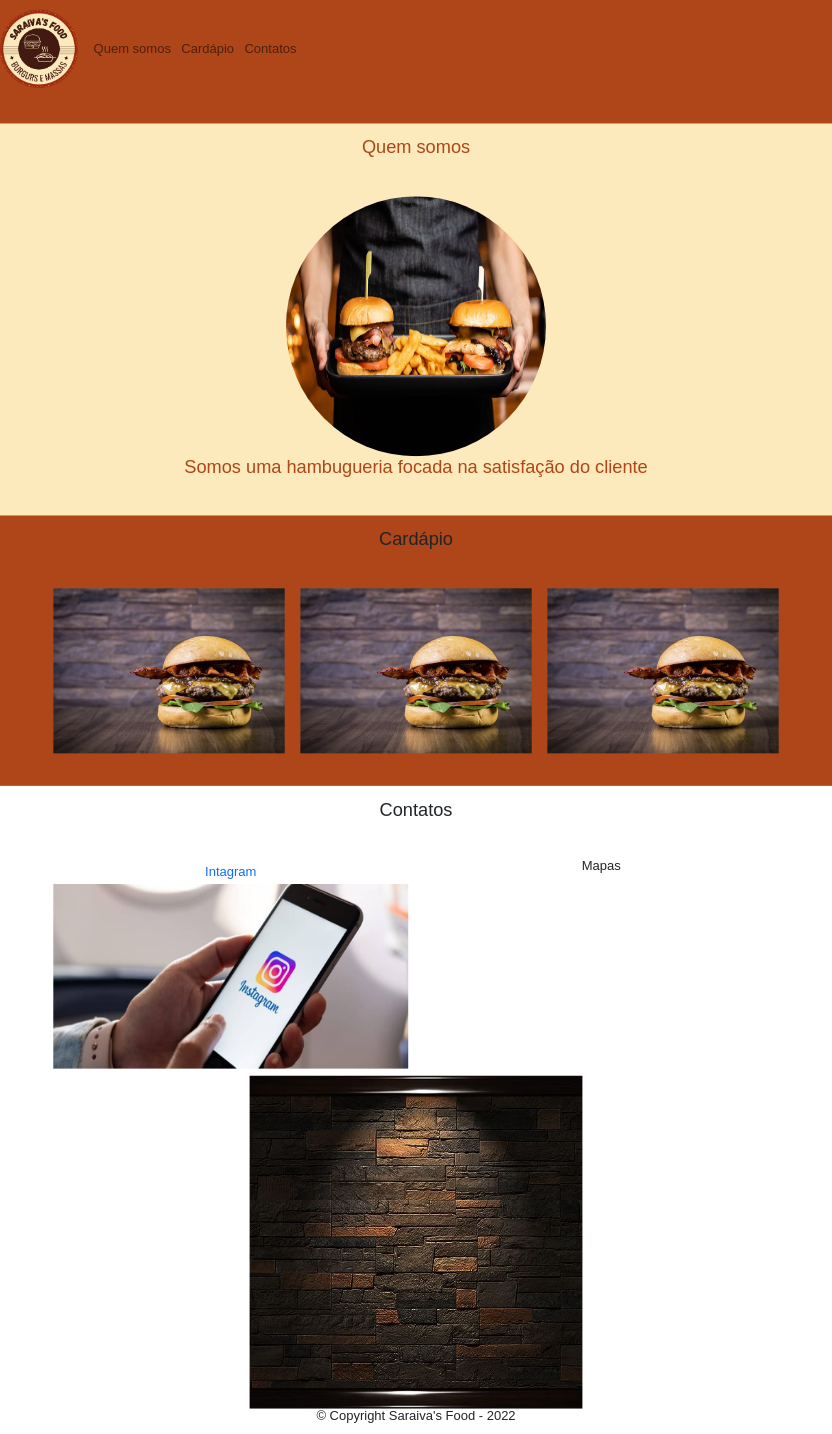
Repository: Tuanemendes/curso_bootstrap
Page: projeto1/index.html
These files come from the project's save history. The page is drawn as it stood at one moment and after the next save; the edit follows.
The browser window is 1280 px wide. The pictures show the whole page, at 65% of full size.
Pictures or frames that could not be fetched are drawn as grey boxes.

Above is the page before, as saved 2022-04-04 17:53:11.

### projeto1/index.html
<!DOCTYPE html>
<html lang="pt-br">

<head>
    <title>Saraiva's</title>
    <meta charset="utf-8">
     <link href="https://cdn.jsdelivr.net/npm/bootstrap@5.1.3/dist/css/bootstrap.min.css" rel="stylesheet" integrity="sha384-1BmE4kWBq78iYhFldvKuhfTAU6auU8tT94WrHftjDbrCEXSU1oBoqyl2QvZ6jIW3" crossorigin="anonymous">
        <link rel=" stylesheet" type="text/css" href="/css/style.css">
</head>

<body>
    <nav class="navbar navbar-expand-lg navbar-light margin">
        <a class="navbar-brand" href="#">
            <img src="/img/saraivasfood.png" alt="logo" width="120" height="120">
        </a>
        <div class="collapse navbar-collapse">
            <ul class="navbar-nav">
                <li class="nav-item">
                    <a class="nav-link " href="#"> Quem somos </a>
                </li>
                <li class="nav-item">
                    <a class="nav-link " href="#"> Cardápio </a>
                </li>
                <li class="nav-item">
                    <a class="nav-link " href="#"> Contatos </a>
                </li>
            </ul>
        </div>
    </nav>

    <section id="quemsomos">
        <div class="container-fluid quem-somos text-center margin">
            <h3 class="margin">Quem somos</h3>
            <img src="/img/FICHA-TECNICA-PARA-HAMBURGUERIA-DICA.jpg" class="rounded-circle" alt="burgueria" width="400" height="400">
            <h3>Somos uma hambugueria  focada na satisfação do cliente</h3>
        </div>
    </section>
    <section id="cardapio">
        <div class="container-fluid text-center margin cardapio">
           <h3 class="margin">Cardápio</h3>
            <div class="container">
                <div class="row">
                    <div class="col-lg-4">
                         <img src="/img/como-montar-uma-hamburgueria.jpg" alt="" width="100%" >

                    </div>
                    <div class="col-lg-4">
                        <img src="/img/como-montar-uma-hamburgueria.jpg" alt="" width="100%">

                    </div>
                    <div class="col-lg-4">
                        <img src="/img/como-montar-uma-hamburgueria.jpg" alt="" width="100%">

                    </div>
                </div>
            </div>
        </div>
    </section>

    <section id="contatos">
        <div class="container-fluid text-center margin contatos">
            <h3 class="margin">Contatos</h3>
            <div class="container">
                <div class="row">
                    <div class="col-lg-6">
                        <a class="nav-link active" href="https://www.instagram.com/saraivasfood/">Intagram</a>
                        <img src="/img/Instagram-1-1000x450.jpg" alt="" width="100%" height="100%">
                    </div>
                    <div class="col-lg-6">
                        <p> Mapas</p>

                        <iframe src="https://www.google.com/maps/embed?pb=!1m18!1m12!1m3!1d3752.8455517590714!2d-44.02769498450882!3d-19.846486940844304!2m3!1f0!2f0!3f0!3m2!1i1024!2i768!4f13.1!3m3!1m2!1s0xa6922b50d9f6bb%3A0x419cabd354821c77!2sR.%20Cl%C3%A1udio%20Manoel%20da%20Costa%20-%20Nacional%2C%20Contagem%20-%20MG%2C%2032185-210!5e0!3m2!1spt-BR!2sbr!4v1649093905627!5m2!1spt-BR!2sbr" width="100%" height="100%" style="border:0;" allowfullscreen="" loading="lazy" referrerpolicy="no-referrer-when-downgrade"></iframe>
                    </div>
                </div>
            </div>
        </div>
    </section>

    <footer class="container-fluid text-center">
        <img src="/img/27cc887a3ec0d44abc315f40abb07257.jpg" alt="fundo">
        <p class="copyright"> © Copyright Saraiva's Food - 2022</p>
    </footer>
</body>

</html>

### css/style.css
body{
  font: 20px Arial,sans-serif;
}

.navbar{
    background-color: #ae4619;

}
.quem-somos{
    background-color: #fceabc;
    color: #ae4619;

}
.margin{
    padding-bottom: 50px;
    padding-top: 10px;

}
.cardapio{
    background-color: #ae4619;

}
.contato{
    background-color: #fceabc;
    color: #ae4619;

}

After the next save:
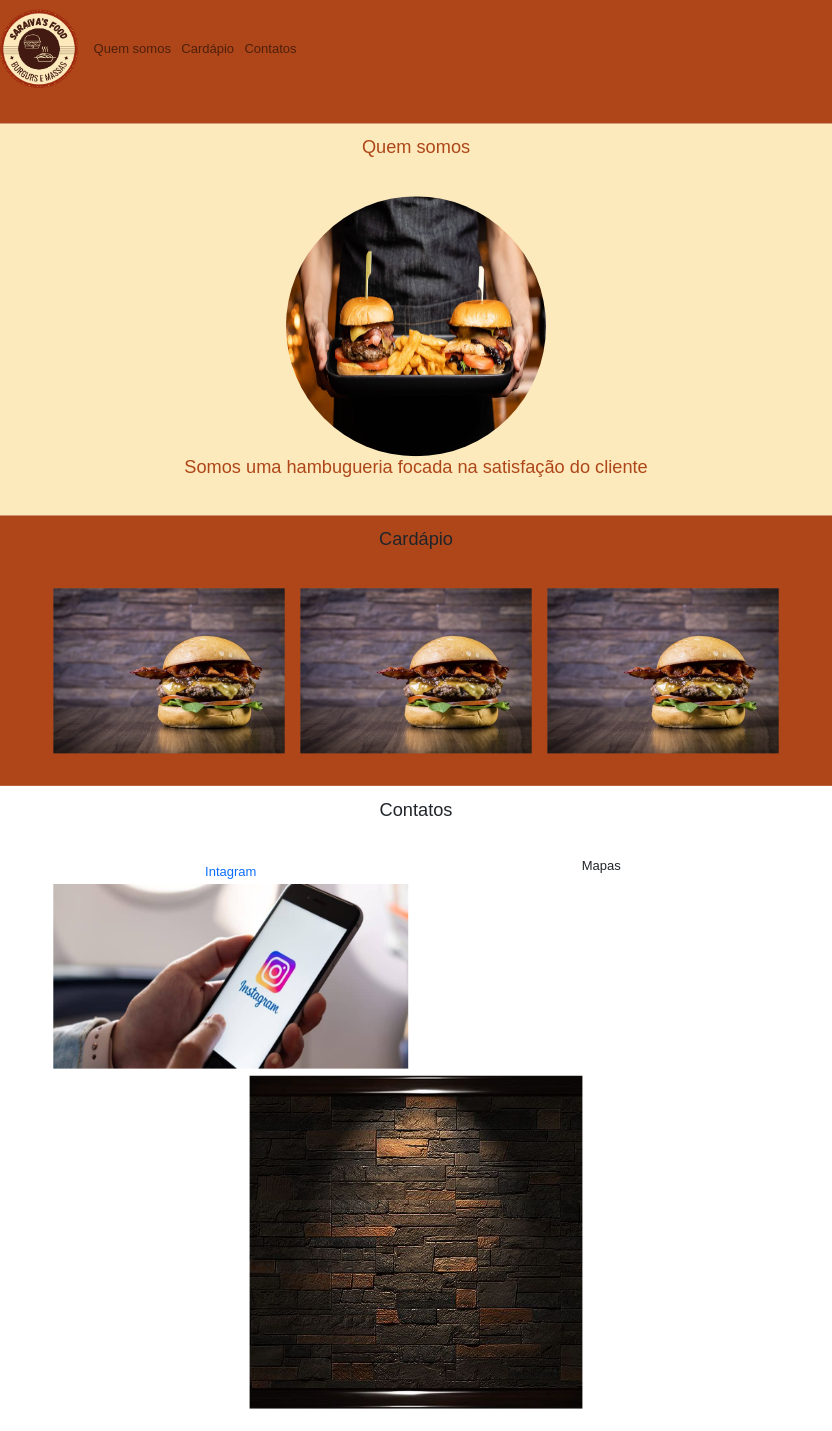
Saved 74 s later.
--- a/css/style.css
+++ b/css/style.css
@@ -25,3 +25,10 @@
     color: #ae4619;
 
 }
+
+.copyright{
+    color: #FFFFFF;
+	font-size: 13px;
+	margin: 20px 0 0;
+
+}
